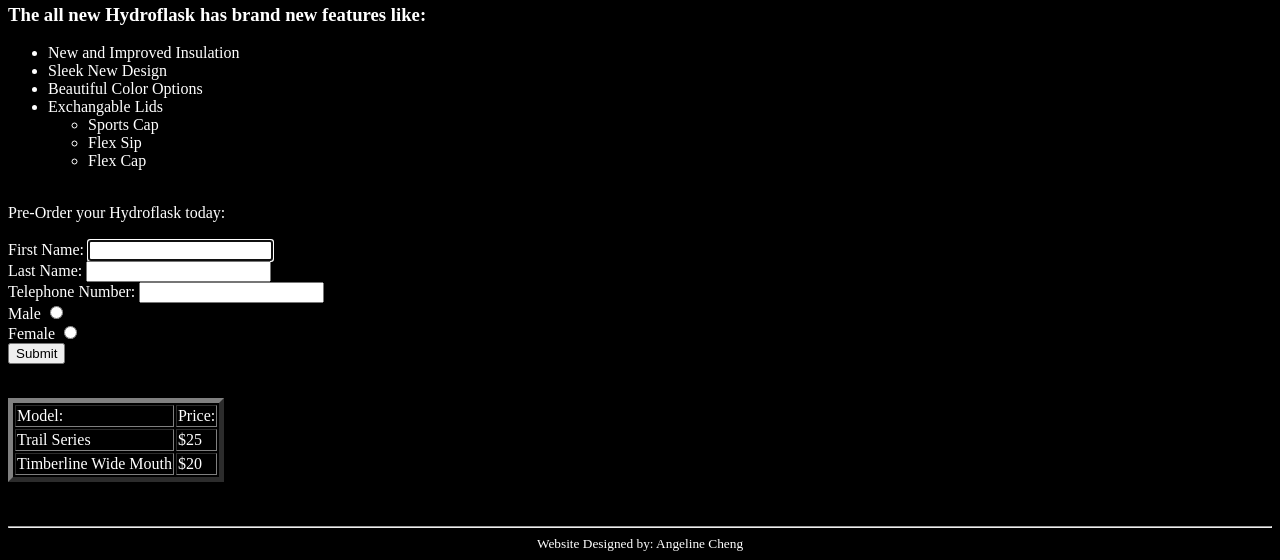
Repository: angelinecheng/Angeline-Cheng-Website
Page: lab1/index.html
The author's editor kept a record of every edit. The page is drawn from the files as they stood at one moment, then again after the next edit.
The browser window is 1280 px wide. The pictures show the part of the page from y = 417 to 977 px (the page is 977 px tall).
A picture or video elsewhere on the page could not be fetched, so the positions and the page height are approximate.

Above is the page before.

After the next edit:
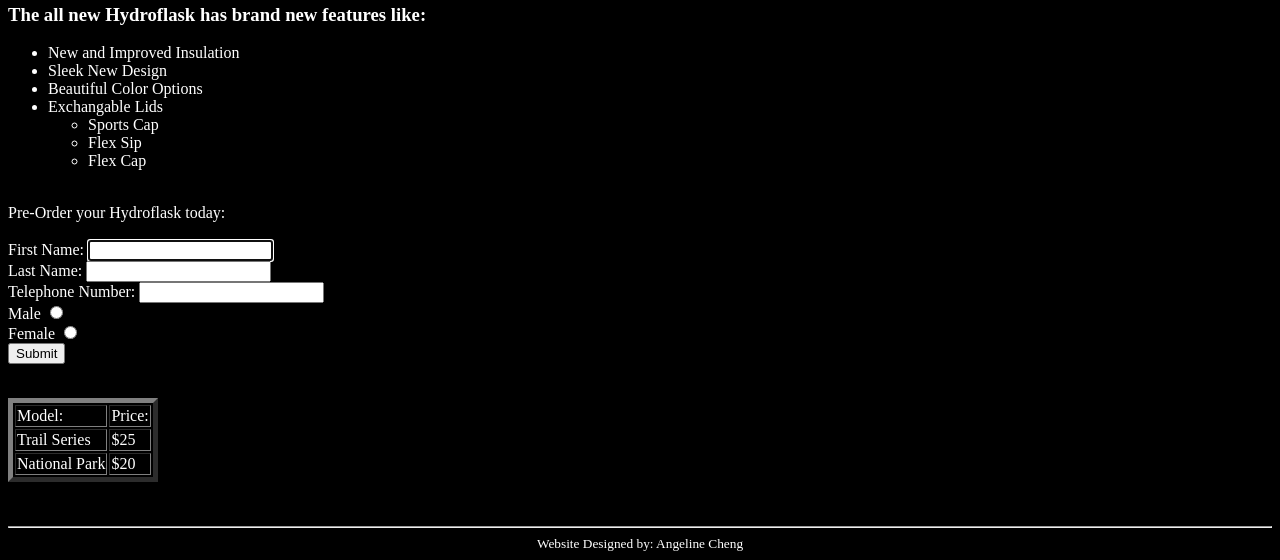
The edit:
--- a/lab1/index.html
+++ b/lab1/index.html
@@ -61,7 +61,7 @@
             <td>$25</td>
         </tr>
          <tr>
-            <td>Timberline Wide Mouth</td>
+            <td>National Park</td>
             <td>$20</td>
         </tr>
         </table>
